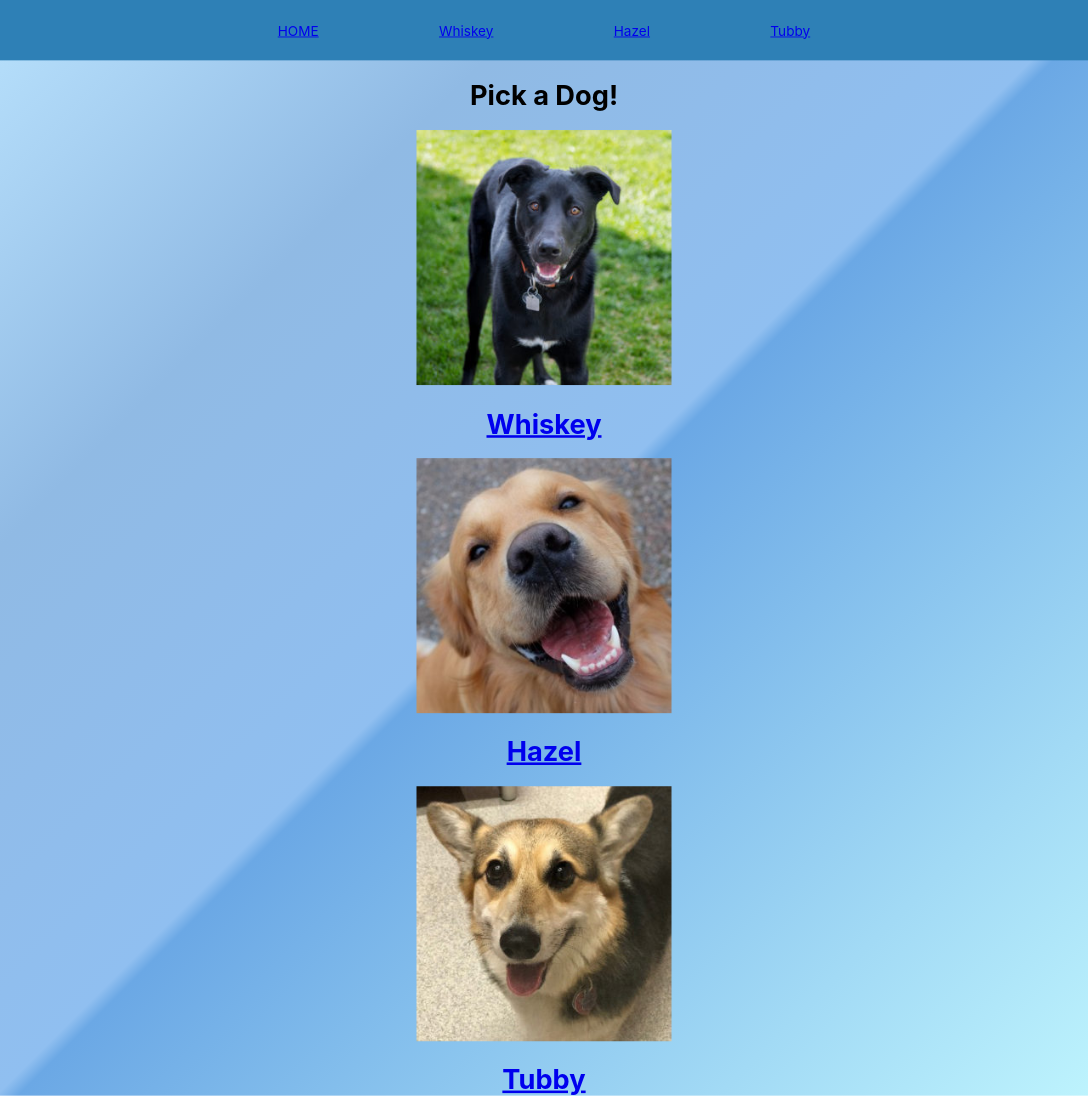
Repository: johnmutina/dog-finder
Page: /dogs
The author's editor kept a copy of each file at every save. The page is drawn from the files as they stood at one save, then again after the next save.
The browser window is 1280 px wide. The pictures show the whole page, at 85% of full size.
The project was rebuilt for these pictures with package versions that can differ from the ones it lists, and the page was loaded fresh each time. Also part of the build but not shown: src/Dog.js.

Above is the page before, as saved 2019-07-28 15:05:23.

After the next save:
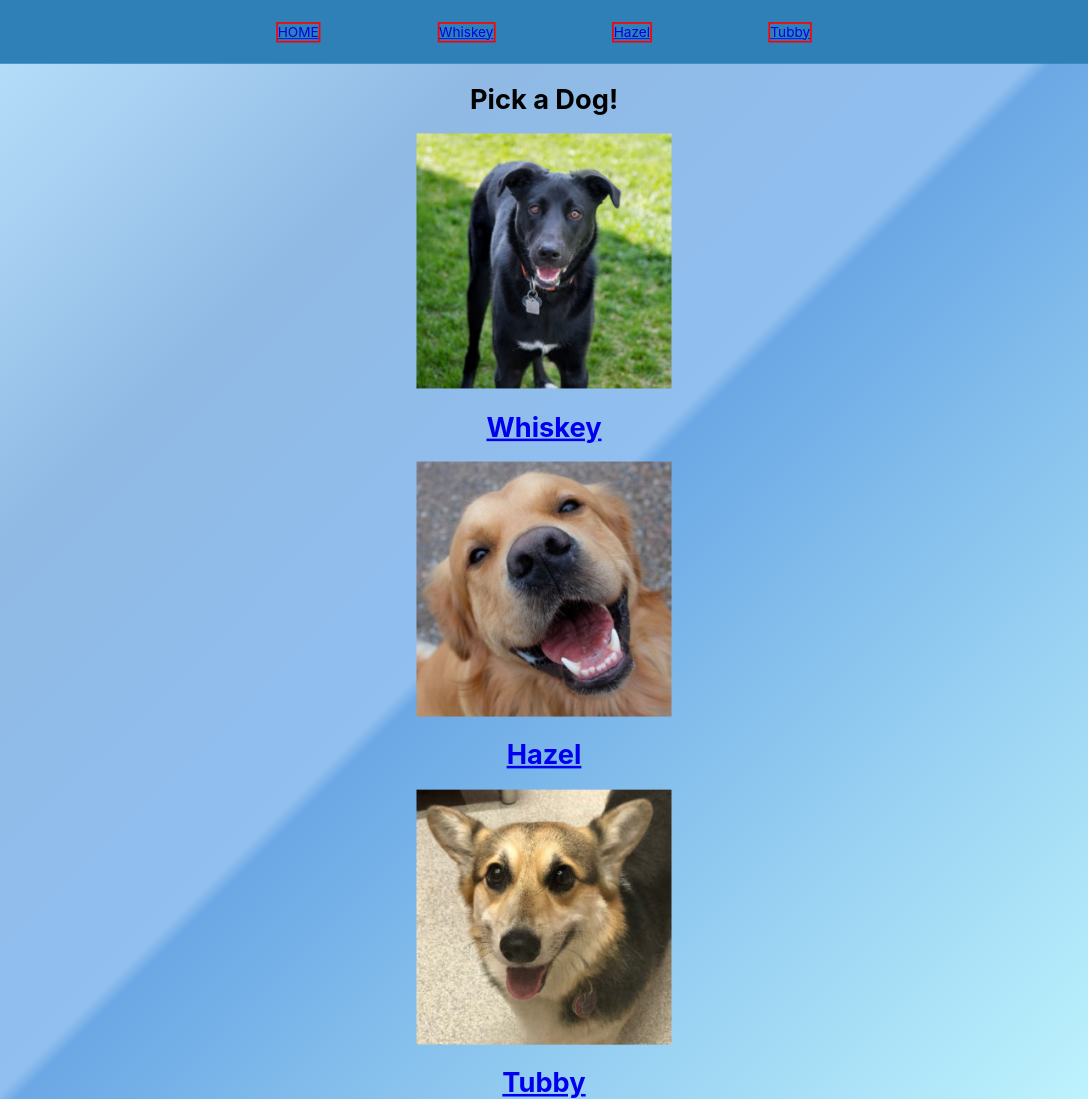
Saved 58 s later.
--- a/src/App.css
+++ b/src/App.css
@@ -43,6 +43,6 @@
   padding: 2% 20%;
 }
 
-.App-navbar NavLink {
+.App-navbar > * {
   border: 2px solid red;
 }
